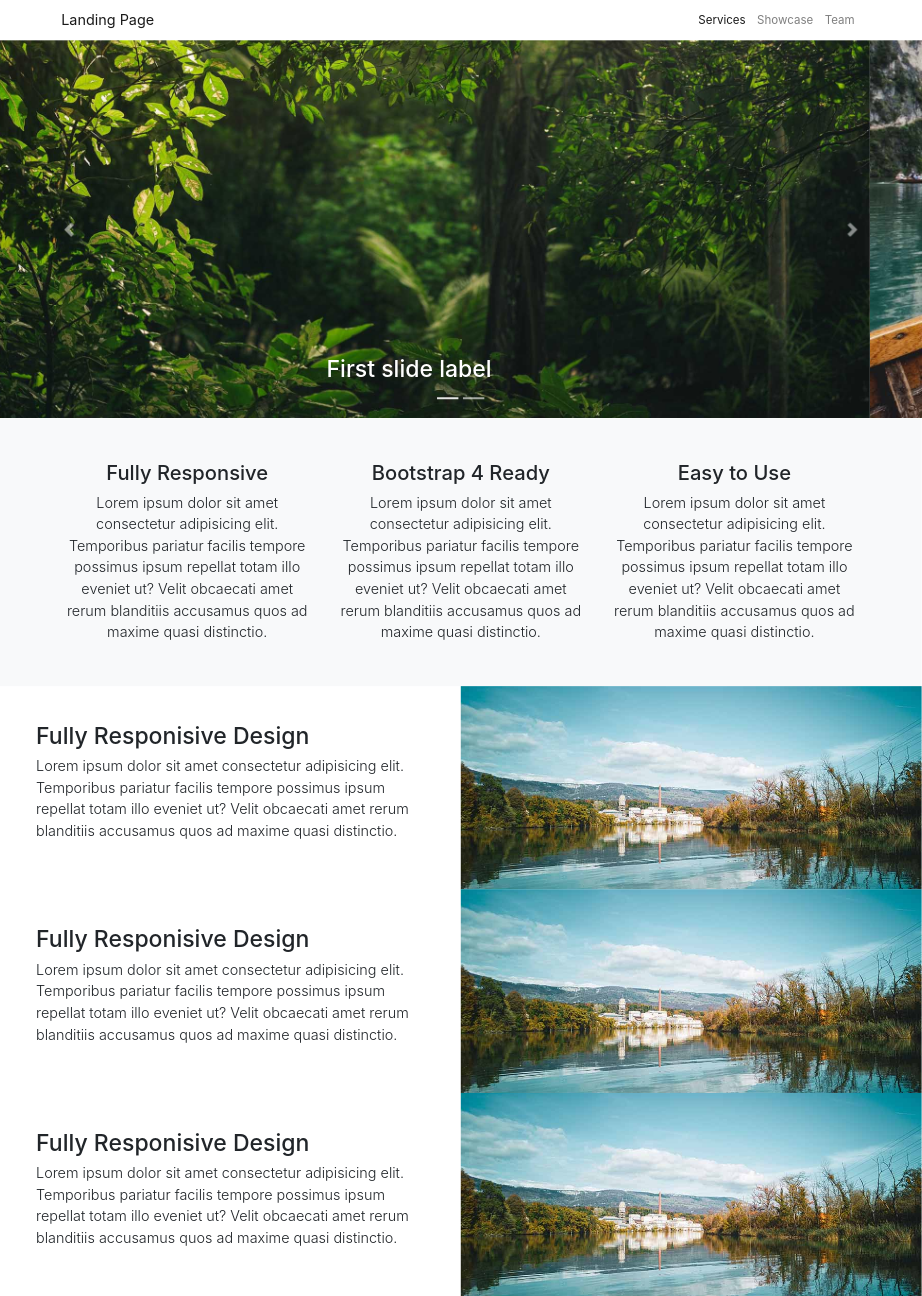
Repository: magdaf41/Bootstrap
Page: zadanie 3/index.html
The author's editor kept a copy of each file at every save. The page is drawn from the files as they stood at one save, then again after the next save.
The browser window is 1280 px wide. The pictures show the whole page, at 72% of full size.

Above is the page before, as saved 2020-09-18 08:58:17.

After the next save:
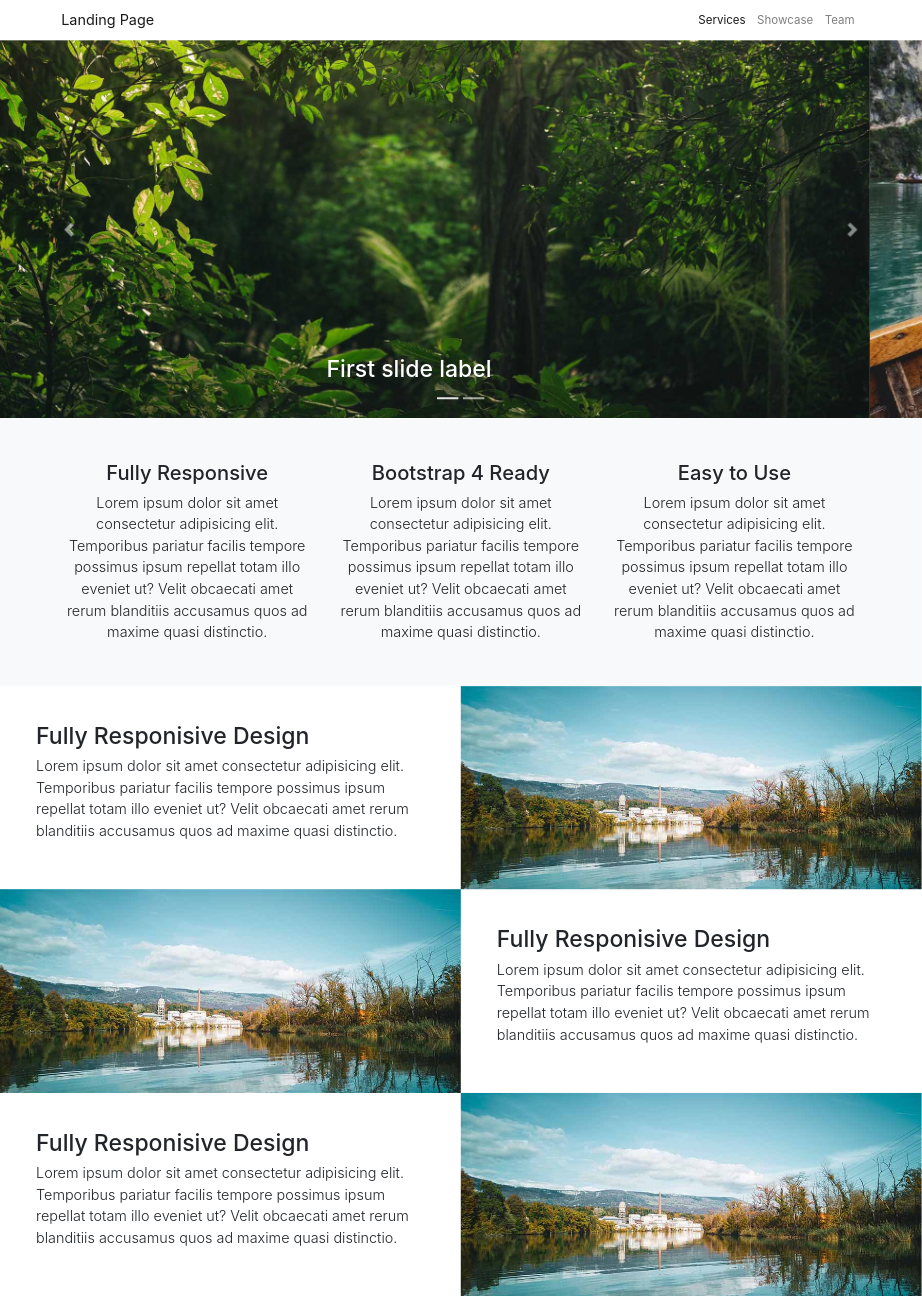
Saved 14 s later.
--- a/zadanie 3/index.html
+++ b/zadanie 3/index.html
@@ -114,8 +114,8 @@
                 </div>
             </div>
             <div class="row">
-                <div class="col-md-6 order-md-2 showcase-img" style="background-image: url('img/view-1.jpg');"></div>
-                <div class="col-md-6 order-md-1 showcase-text">
+                <div class="col-md-6 order-md-1 showcase-img" style="background-image: url('img/view-1.jpg');"></div>
+                <div class="col-md-6 order-md-2 showcase-text">
                     <h2>Fully Responisive Design</h2>
                     <p class="lead">Lorem ipsum dolor sit amet consectetur adipisicing elit. Temporibus pariatur
                         facilis tempore
